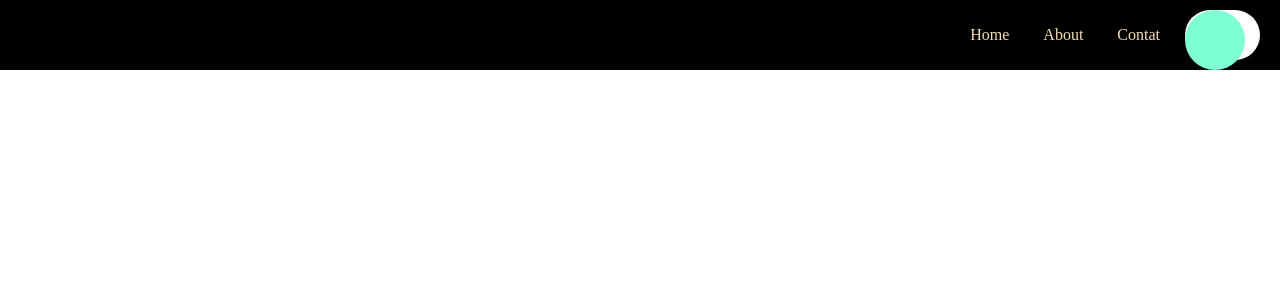
Repository: imokha01/toggleNavBar
Page: index.html
These files come from the project's save history. The page is drawn as it stood at one moment and after a run of saves; the edit follows.
The browser window is 1280 px wide. The pictures show the whole page.

Above is the page before, as saved 2023-12-26 22:52:12.

After the next 3 saves:
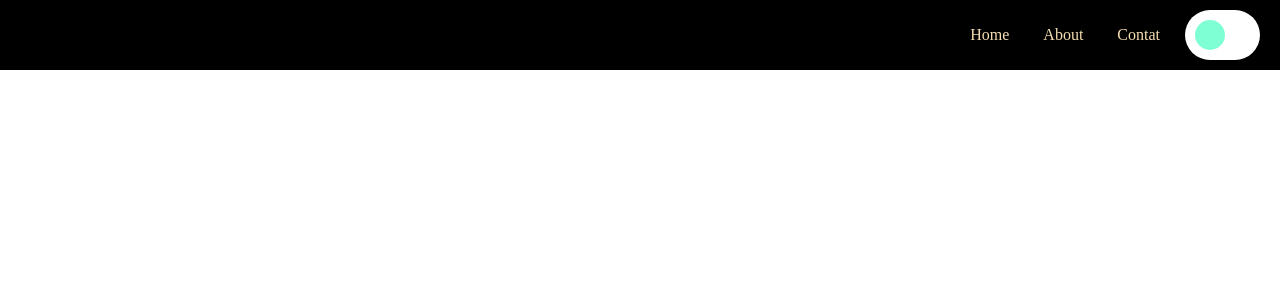
The 3 saves are shown as one change because they came seconds apart.
The last was saved 9 s later.
--- a/style.css
+++ b/style.css
@@ -44,15 +44,15 @@
 }
 
 .checkbox::before {
-    height: 60px;
-    width: 60px;
+    height: 50px;
+    width: 50px;
     position: absolute;
     top: 0;
     left: 0;
     content: "";
     background-color: aquamarine;
     border-radius: 60px;
-    transform: scale(0.);
+    transform: scale(0.6);
     transition: .5s;
 }
 
